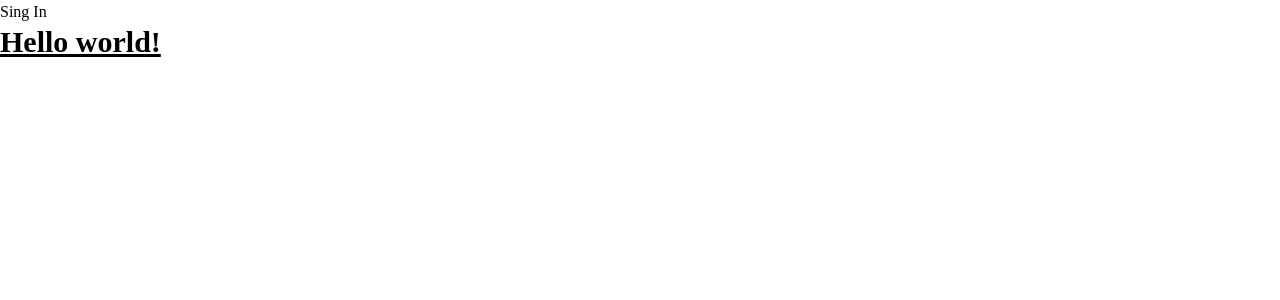
Repository: Gunplay/Smart-Home
Page: /
An editor plug-in stored every save of this project. The page is shown before and after the next save, followed by the edit.
The browser window is 1280 px wide. The pictures show the whole page.
The project was rebuilt for these pictures with package versions that can differ from the ones it lists, and the page was loaded fresh each time. Also part of the build but not shown: vite.config.js, vite.config.ts.

Above is the page before, as saved 2024-06-12 16:44:04.

After the next save:
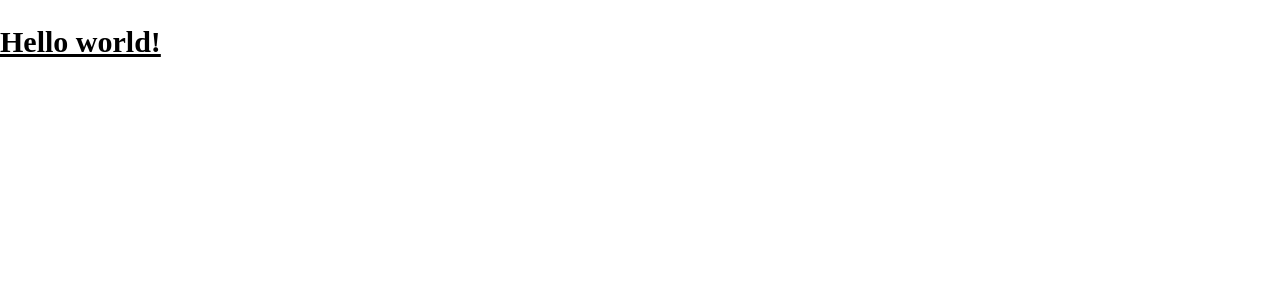
Saved 18 s later.
--- a/src/components/Header/index.tsx
+++ b/src/components/Header/index.tsx
@@ -1,4 +1,5 @@
-import Button from '/src/components/BtnSingIn';
+import { Button } from '@headlessui/react';
+
 export default function Header() {
 	return (
 		<>
